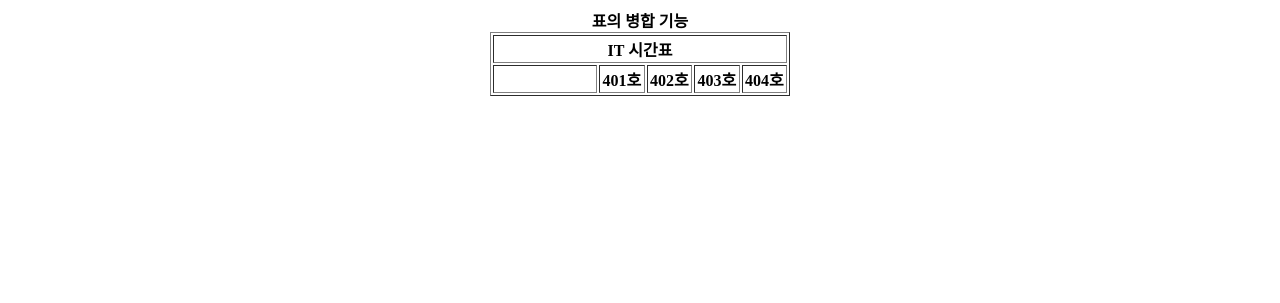
Repository: sika5382/jsp
Page: html/WebContent/NewFile1.html
These files come from the project's save history. The page is drawn as it stood at one moment and after the next save; the edit follows.
The browser window is 1280 px wide. The pictures show the whole page.

Above is the page before, as saved 2020-10-29 06:02:51.

After the next save:
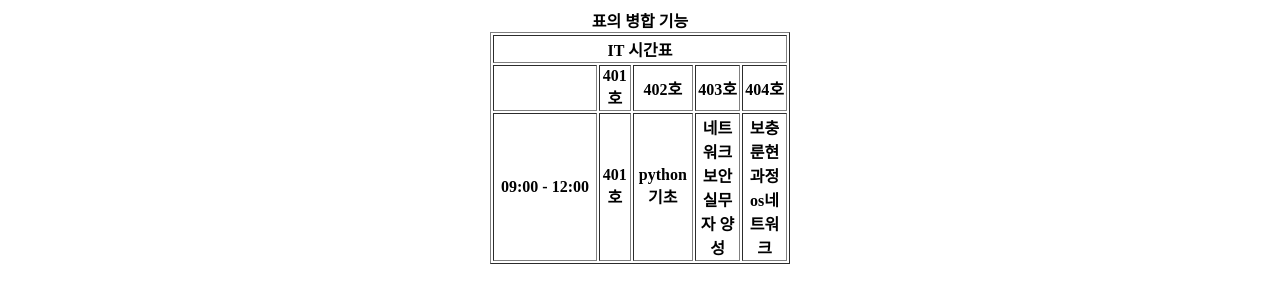
Saved 2 min 0 s later.
--- a/html/WebContent/NewFile1.html
+++ b/html/WebContent/NewFile1.html
@@ -23,6 +23,16 @@
 			<th>404호</th>
 		</tr>
 
+		<tr>
+			<th width ="100">09:00 - 12:00</th>
+			<th rowspan="4">401호</th>
+			<th>python 기초</th>
+			<th rowspan="2">네트워크 보안<br>실무자 양성</th>
+			<th>보충룬현 과정<br>os네트워크</th>
+		</tr>
+
+
+
 	</table>
 
 
